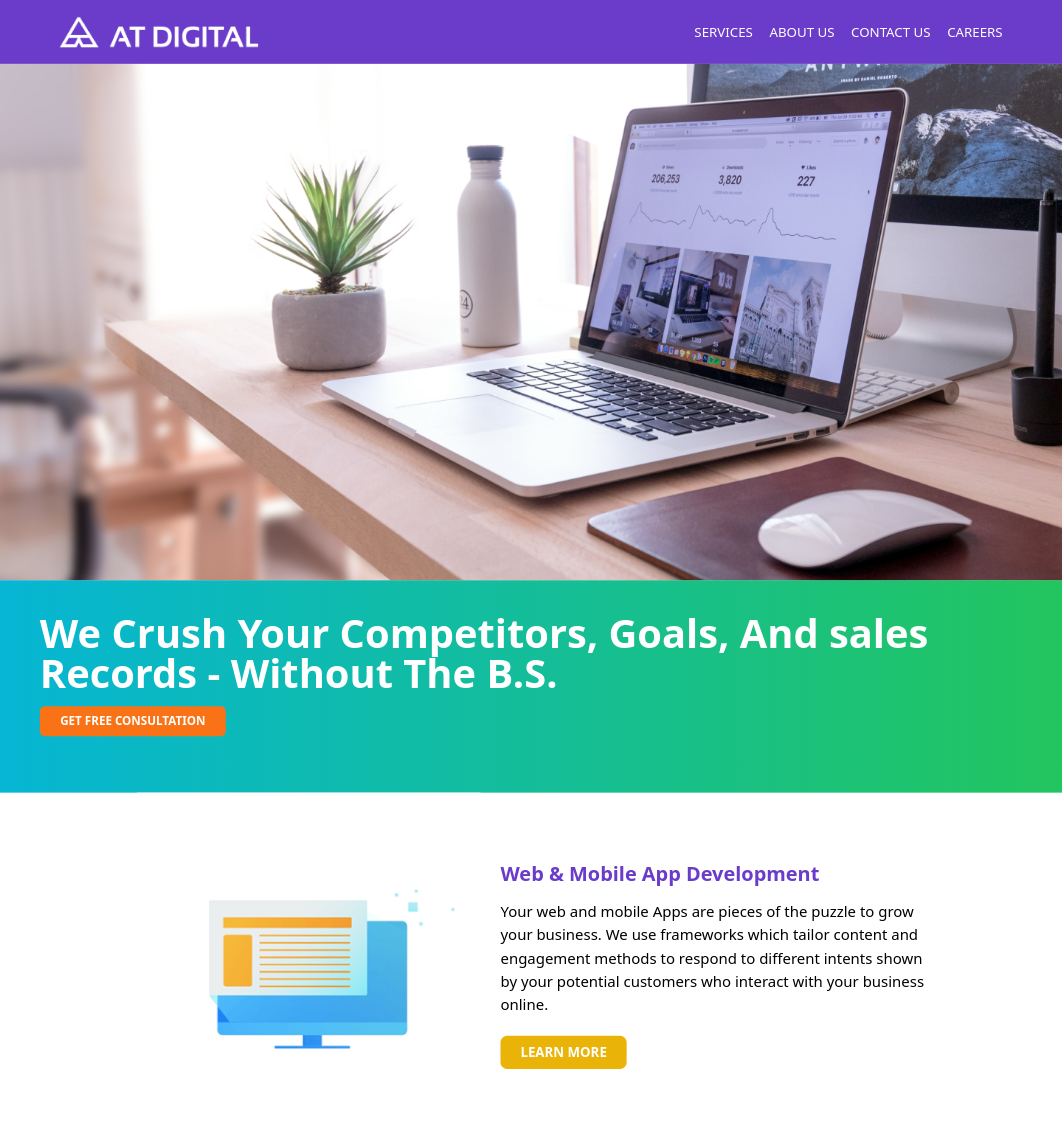
Repository: Milith97/AT-Digital-Website
Page: /
The author's editor kept a copy of each file at every save. The page is drawn from the files as they stood at one save, then again after the next save.
The browser window is 1280 px wide. The pictures show the whole page, at 83% of full size.
The project was rebuilt for these pictures with package versions that can differ from the ones it lists, and the page was loaded fresh each time. Also part of the build but not shown: vite.config.js.

Above is the page before, as saved 2024-04-06 21:28:08.

### src/App.jsx
// App.js or your main component file
import React from 'react';
import NavBar from './Components/NavBar';
import HomePage from './Components/HomePage';
import Servicers from './Components/Servicers'

function App() {
  return (
    <div className="App">
      <NavBar />
      <HomePage />
      <Servicers/>
    </div>
  );
}

export default App;

### src/Components/NavBar.jsx
import React, { useState } from 'react';
import Logo from '../assets/Img/Logo.png';

const NavBar = () => {
    const [isOpen, setIsOpen] = useState(false);

    return (
        <nav className="bg-[#6B3CC9]">
            <div className="max-w-1440px max-h-20 xl:px-16 md:px-7 sm:px-11 max-lg:mx-6">
                <div className="flex justify-between">
                    <div>
                        <a href="#" className={`flex items-center py-5 sm:px-2 ${isOpen ? 'hidden' : 'flex'}`}>
                            <img src={Logo} alt="Logo" />
                        </a>
                    </div>
                    <div className={`hidden md:flex font-medium text-white items-center space-x-1 ${isOpen ? 'flex' : 'hidden'}`}>
                        <a href="#" className="py-5 px-2 ">SERVICES</a>
                        <a href="#" className="py-5 px-2 ">ABOUT US</a>
                        <a href="#" className="py-5 px-2 ">CONTACT US</a>
                        <a href="#" className="py-5 px-2 ">CAREERS</a>
                    </div>
                    <div className="md:hidden flex items-center ">
                        <button onClick={() => setIsOpen(!isOpen)} className="text-white focus:outline-none">
                            {!isOpen ? (
                                <svg className="h-14 w-10" stroke="white" viewBox="0 0 24 24" >
                                    <path strokeLinecap="round" strokeLinejoin="round" strokeWidth="3" d="M4 6h16M4 12h16M4 18h16" />
                                </svg>
                            ) : (
                                <svg className="h-12 w-8" stroke="black" viewBox="0 0 24 24" >
                                    <path strokeLinecap="round" strokeLinejoin="round" strokeWidth="3" d="M6 18L18 6M6 6l12 12" />
                                </svg>
                            )}
                        </button>
                    </div>
                </div>
            </div>
            <div className={`${isOpen ? 'block' : 'hidden'} md:hidden`}>
                <div className="bg-white">
                    <a href="#" className="block py-2 px-4 text-sm text-black-500 ">HOME</a>
                    <a href="#" className="block py-2 px-4 text-sm text-black-500">SERVICES</a>
                    <a href="#" className="block py-2 px-4 text-sm text-black-500">ABOUT US</a>
                    <a href="#" className="block py-2 px-4 text-sm text-black-500">CONTACT US</a>
                    <a href="#" className="block py-2 px-4 text-sm text-black-500">CAREERS</a>
                </div>
            </div>
        </nav>
    );
};

export default NavBar;

### src/Components/HomePage.jsx
import React from 'react';
import backgroundImage from '../assets/Img/Home.png';

const HomePage = () => {
    return (
        <div className=''>
            <div>
                <img src={backgroundImage} alt="Home Image" />
            </div>
            <div className='h-64 max-w-full bg-gradient-to-r from-cyan-500 to-green-500 '>
                <div className='text-lg py-6 px-12 '>
                    <p className='font-bold text-5xl text-white py-4'>We Crush Your Competitors, Goals, And sales Records - Without The B.S.</p>
                    <div className=''>
                        <button className='bg-orange-500 text-white font-bold text-sm h-9 w-56 rounded-md'>GET FREE CONSULTATION</button>
                    </div>
                </div>
            </div>
        </div>
    );
};

export default HomePage;

### src/Components/Servicers.jsx
import React from 'react';
import Service1 from '../assets/Img/Service1.png';
const Servicers = () => {
    return (
        <div className="flex flex-col md:flex-row items-center justify-center">
            <div className="w-414 h-414 flex-shrink-0 mb-6 md:mb-0 mr-0 md:mr-6">
                <img src={Service1} alt="Service Image" className="w-full h-full object-cover" />
            </div>

            {/* Right Side (Content) */}
            <div className="max-w-lg">
                <h2 className="text-2xl font-semibold mb-4 text-[#6B3CC9]">Web & Mobile App Development</h2>
                <p className="text-lg mb-6 ">Your web and mobile Apps are pieces of the puzzle to grow your business. We use frameworks which tailor content and engagement methods to respond to different intents shown by your potential customers who interact with your business online.</p>
                <button className="bg-yellow-500 text-white font-bold py-2 px-6 rounded-lg hover:bg-yellow-600 transition-colors">LEARN MORE</button>
            </div>
        </div>
    );
};

export default Servicers;

Loaded but not shown: index.html (common file); src/main.jsx (common file); src/index.css (common file); tailwind.config.js (common file)

After the next save:
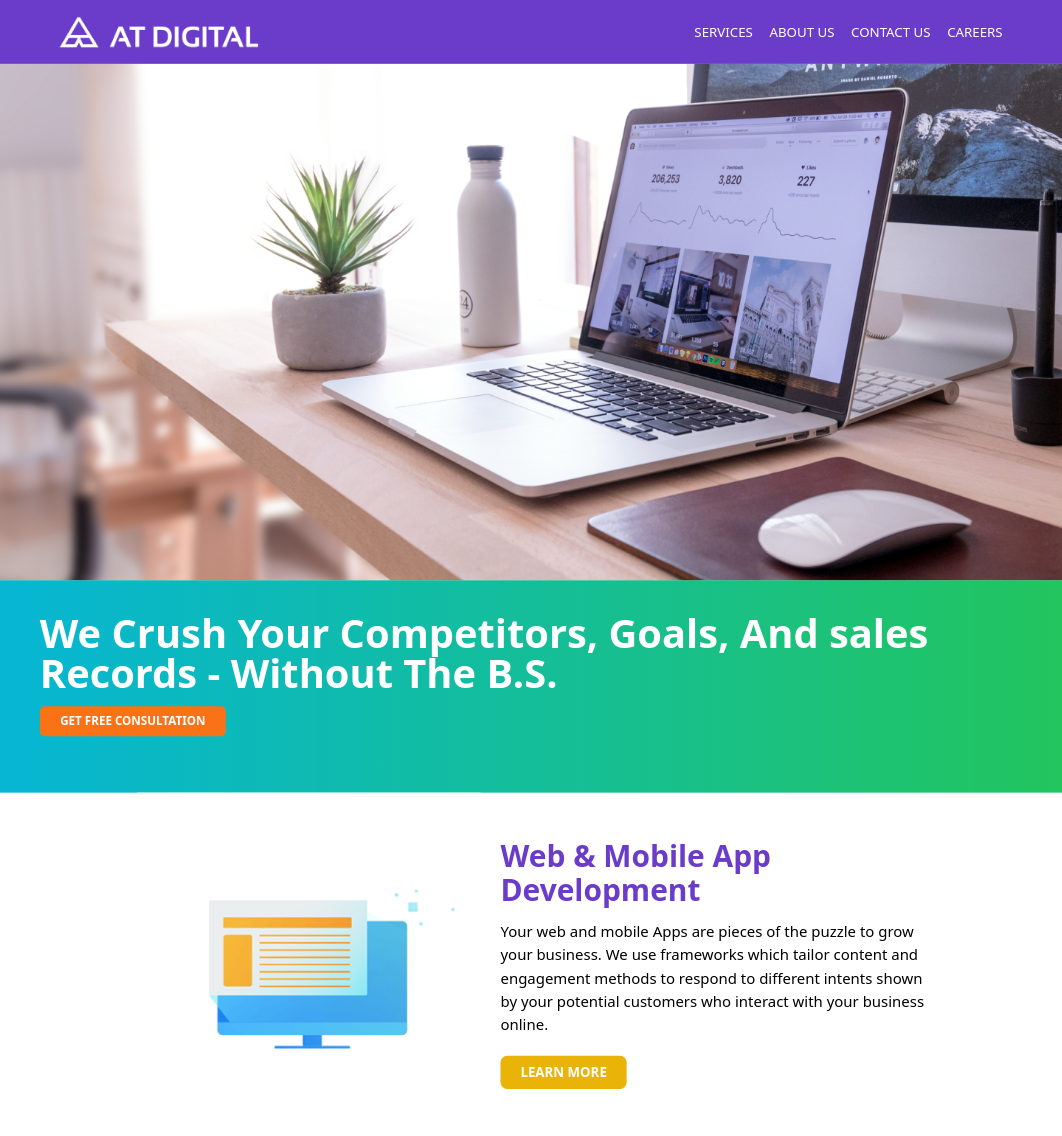
Saved 11 min 7 s later.
--- a/src/Components/Servicers.jsx
+++ b/src/Components/Servicers.jsx
@@ -9,7 +9,7 @@ const Servicers = () => {
 
             {/* Right Side (Content) */}
             <div className="max-w-lg">
-                <h2 className="text-2xl font-semibold mb-4 text-[#6B3CC9]">Web & Mobile App Development</h2>
+                <h2 className="sm:text-xl md:text-2xl lg:text-4xl  font-semibold mb-4 text-[#6B3CC9]">Web & Mobile App Development</h2>
                 <p className="text-lg mb-6 ">Your web and mobile Apps are pieces of the puzzle to grow your business. We use frameworks which tailor content and engagement methods to respond to different intents shown by your potential customers who interact with your business online.</p>
                 <button className="bg-yellow-500 text-white font-bold py-2 px-6 rounded-lg hover:bg-yellow-600 transition-colors">LEARN MORE</button>
             </div>
